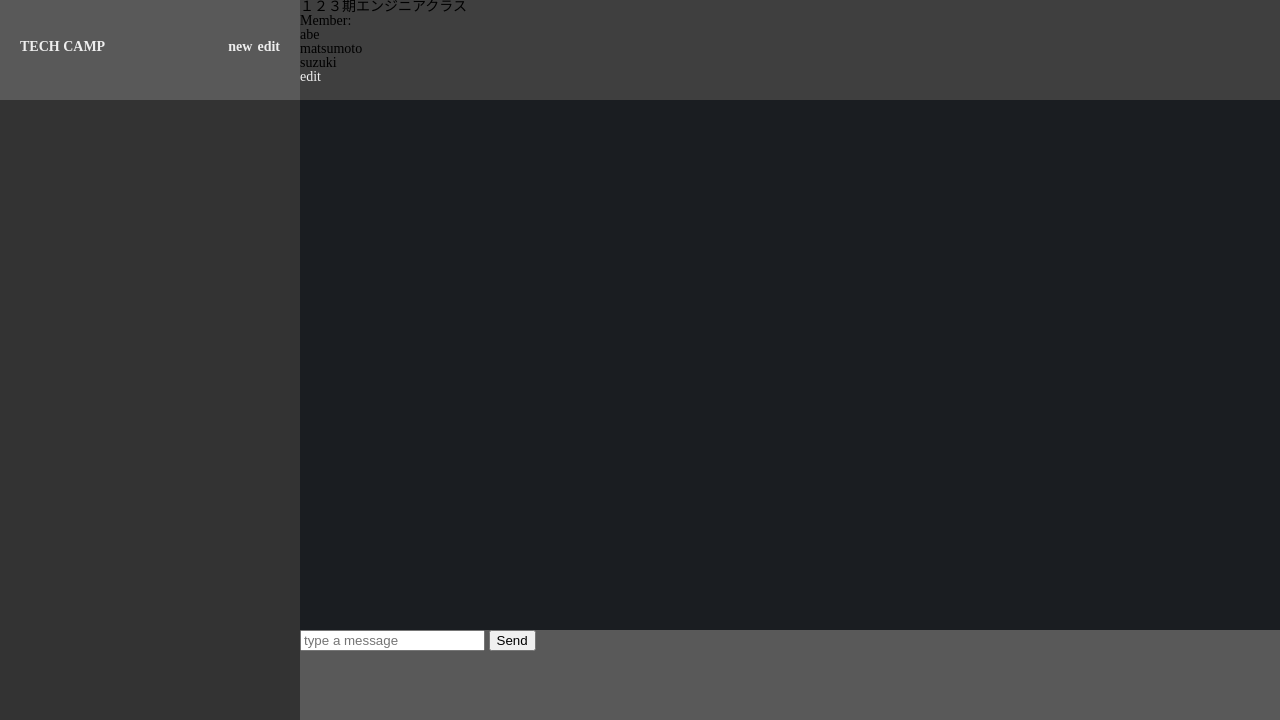
Repository: gorirawomen/first_app
Page: chat-app/index.html
The author's editor kept a record of every edit. The page is drawn from the files as they stood at one moment, then again after the next edit.
The browser window is 1280 px wide. The pictures show the whole page.

Above is the page before.

### chat-app/index.html
<!DOCTYPE html>
<html>
<head>
    <meta charset="UTF-8">
    <link rel="stylesheet" href="reset.css">
    <link rel="stylesheet" href="style.css">
    <title>chat-app</title>
</head>
<body>
    <div class="wrapper">
        <div class="chat-side">
            <div class="side-header">
                <div class="side-box">
                     <p class="user-name">TECH CAMP</p>
                    <div class="menu">
                        <div class="new-group"><a href="#">new</a></div>
                        <div class="edit-user"><a href="#">edit</a></div>
                    </div>
                </div>

            </div>
            <div class="grouops"></div>
        </div>
        <div class="chat-main">
            <div class="main-header">
              <div class="header-leftbox">
                <h2 class="current-group">１２３期エンジニアクラス</h2>
                <ul class="member-list"> Member:
                    <li class="member">abe</li>
                    <li class="member">matsumoto</li>
                    <li class="member">suzuki</li>
                </ul>
              </div>
                <a href="#" class="edit-btn">edit</a>
            </div>
            <div class="messages"></div>
            <div class="form">
        <form class="new-message">
          <input class="input-text" placeholder="type a message" type="text">
          <input class="submit-btn" type="submit" value="Send">
        </form>            </div>
            </div>

        </div>
    </div>
</body>
</html>

### chat-app/reset.css
/* http://meyerweb.com/eric/tools/css/reset/
   v2.0 | 20110126
   License: none (public domain)
*/

html, body, div, span, applet, object, iframe,
h1, h2, h3, h4, h5, h6, p, blockquote, pre,
a, abbr, acronym, address, big, cite, code,
del, dfn, em, img, ins, kbd, q, s, samp,
small, strike, strong, sub, sup, tt, var,
b, u, i, center,
dl, dt, dd, ol, ul, li,
fieldset, form, label, legend,
table, caption, tbody, tfoot, thead, tr, th, td,
article, aside, canvas, details, embed,
figure, figcaption, footer, header, hgroup,
menu, nav, output, ruby, section, summary,
time, mark, audio, video {
	margin: 0;
	padding: 0;
	border: 0;
	font-size: 100%;
	font: inherit;
	vertical-align: baseline;
}
/* HTML5 display-role reset for older browsers */
article, aside, details, figcaption, figure,
footer, header, hgroup, menu, nav, section {
	display: block;
}

* {
	box-sizing: border-box;
}

html {
  font-size: 62.5%;
}

body {
	line-height: 1;
	font-size: 1.4rem;
}

ol, ul {
	list-style: none;
}
blockquote, q {
	quotes: none;
}
blockquote:before, blockquote:after,
q:before, q:after {
	content: '';
	content: none;
}
table {
	border-collapse: collapse;
	border-spacing: 0;
}

### chat-app/style.css
.wrapper {
    display: flex;
    height: 100vh;
}

.chat-side {
    background-color: #333333;
    width: 300px;
}

.chat-main {
    background-color: #1a1d21;
    width: calc(100% - 300px);
}

.side-header {
    background-color: #595959;
    height: 100px;
    width: 300px;
    display: flex;
    align-items: center;
}

.side-box {
    height: 20px;
    width: 260px;
    margin: 0 20px;
    display: flex;
    justify-content: space-between;
    font-weight: bold;
}

.side-box.a{
    font : white;
}

.gropus {
    background-color: #333333;
    height: calc(100% - 100px);
    width: 300px;
}

.main-header {
    background-color: #3f3f3f;
    height: 100px;
}

.messages {
    background-color: #1a1d21;
    height: calc(100% - 190px)
}

.form {
    background-color: #595959;
    height: 90px;
}

.user-name {
  color: #eeeeee;
}

.menu {
    display: flex;
    text-decoration: none;
}

.new-group {
    margin-right : 5px;
}

a {
    text-decoration: none;
    color: #eeeeee;
}

After the next edit:
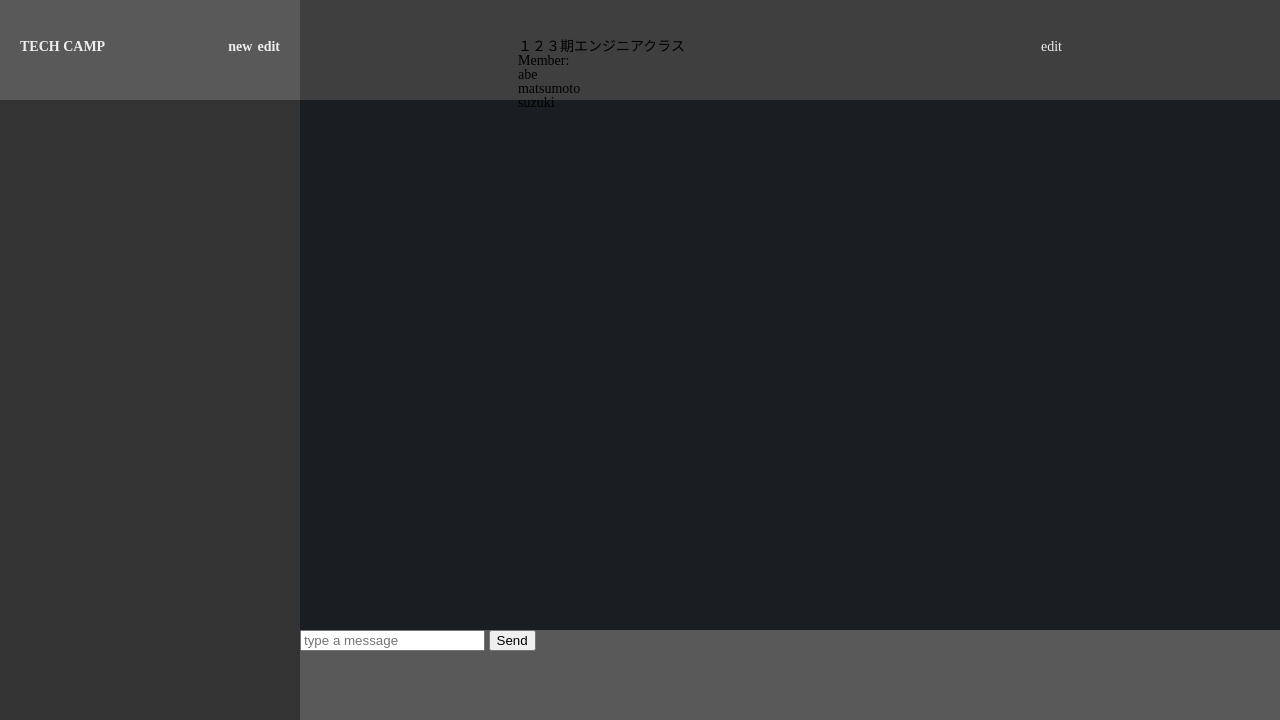
The edit:
--- a/chat-app/style.css
+++ b/chat-app/style.css
@@ -72,3 +72,10 @@
     text-decoration: none;
     color: #eeeeee;
 }
+
+.main-header {
+    display: flex;
+    justify-content: space-around;
+    aligin-items: center;
+    padding: 40px;
+}
